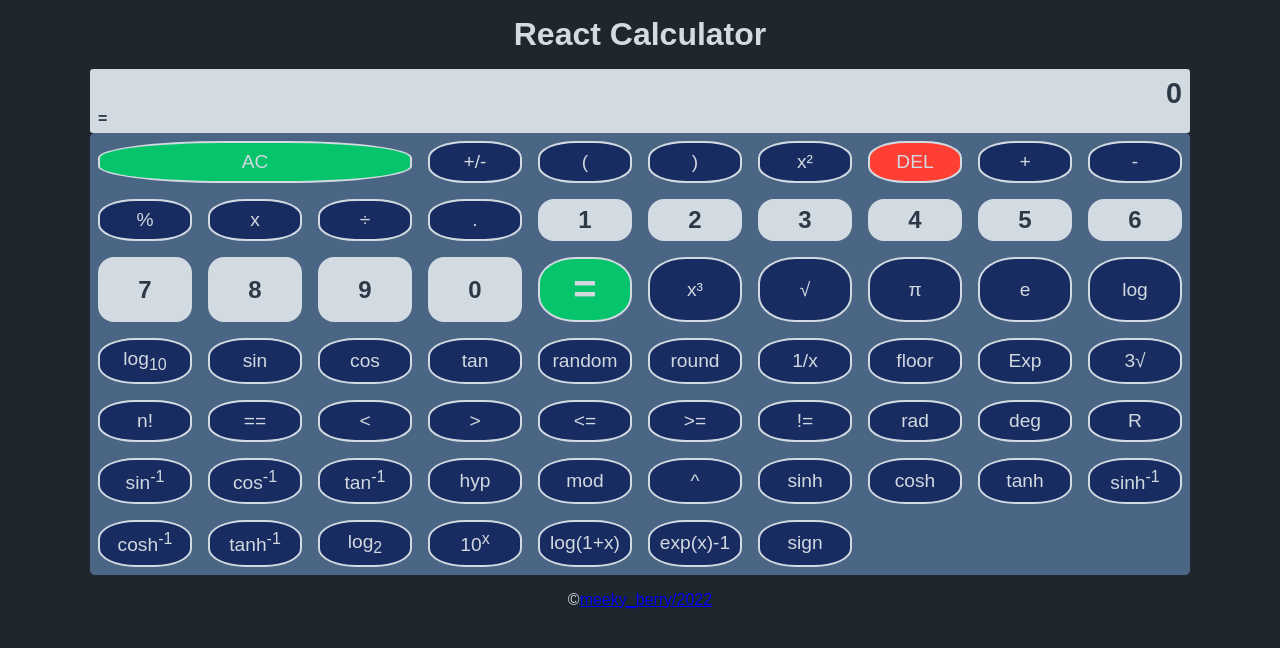
Repository: MikkyPrestige/calculator
Page: /
These files come from the project's save history. The page is drawn as it stood at one moment and after the next save; the edit follows.
The browser window is 1280 px wide. The pictures show the whole page.
The project was rebuilt for these pictures with package versions that can differ from the ones it lists, and the page was loaded fresh each time.

Above is the page before, as saved 2022-11-17 21:33:45.

After the next save:
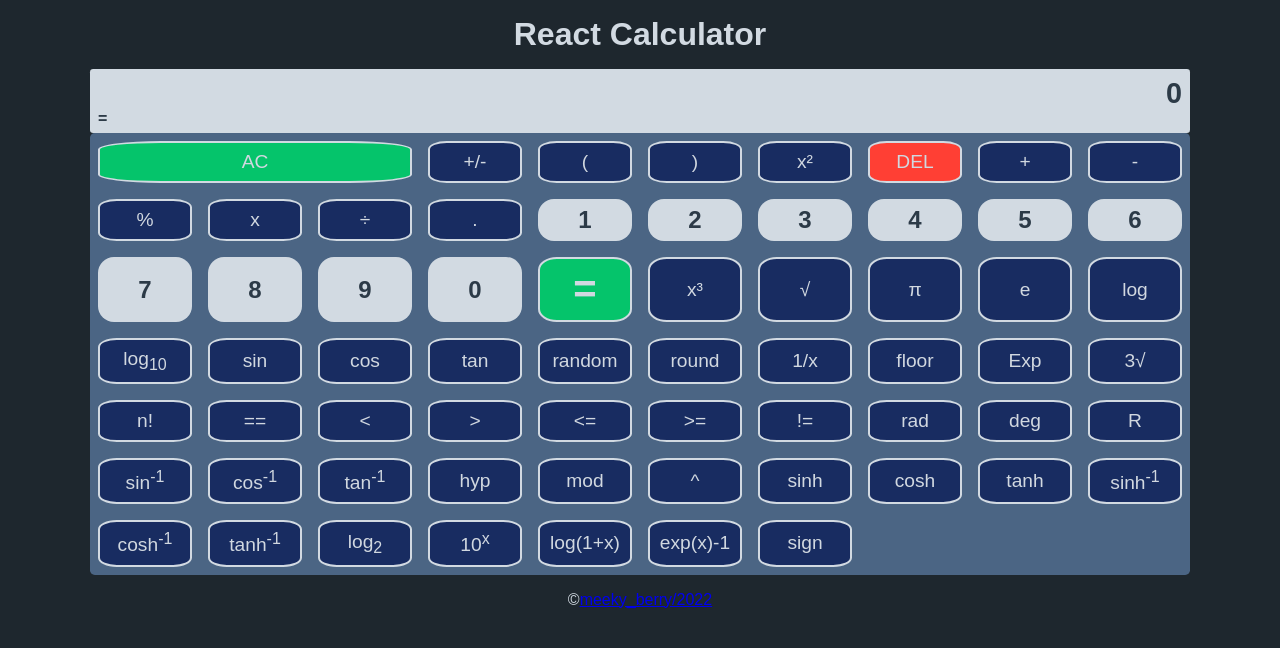
Saved 6 s later.
--- a/src/index.css
+++ b/src/index.css
@@ -64,12 +64,12 @@ body {
  padding: .5rem;
  border: none;
  cursor: pointer;
- border-radius: 40%;
+ border-radius: 20%;
  border: 2px solid #d2dae2;
- -webkit-border-radius: 40%;
- -moz-border-radius: 40%;
- -ms-border-radius: 40%;
- -o-border-radius: 40%;
+ -webkit-border-radius: 20%;
+ -moz-border-radius: 20%;
+ -ms-border-radius: 20%;
+ -o-border-radius: 20%;
 }
 
 .operator:hover {
